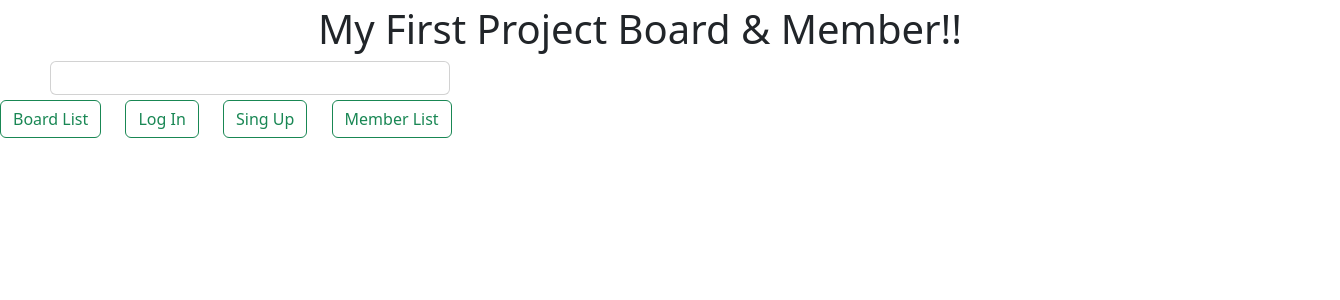
Repository: Raneechoi/java2022_09_03
Page: http://localhost/Project/mem/login_auth
The author's editor kept a copy of each file at every save. The page is drawn from the files as they stood at one save, then again after the next save.
The browser window is 1280 px wide. The page is 1340 px wide, then 1320 px, so the pictures cover 1340 px, including what lies to the right of the window. The pictures show the whole page.
The page is served by Tomcat 9. Other server files are loaded and not shown. Queries for data that is not in the repository find no rows.

Above is the page before, as saved 2022-12-08 06:06:12.

### JSP_Board&Member/Project/src/main/webapp/index.jsp
<%@ page language="java" contentType="text/html; charset=UTF-8"
    pageEncoding="UTF-8"%>
<%@ taglib uri="http://java.sun.com/jsp/jstl/core" prefix="c" %>
<!DOCTYPE html>
<html>
<head>
<meta charset="UTF-8">
<title>Insert title here</title>
<!-- CSS only -->
<link href="https://cdn.jsdelivr.net/npm/bootstrap@5.2.2/dist/css/bootstrap.min.css" rel="stylesheet" integrity="sha384-Zenh87qX5JnK2Jl0vWa8Ck2rdkQ2Bzep5IDxbcnCeuOxjzrPF/et3URy9Bv1WTRi" crossorigin="anonymous">
<!-- JavaScript Bundle with Popper -->
<script src="https://cdn.jsdelivr.net/npm/bootstrap@5.2.2/dist/js/bootstrap.bundle.min.js" integrity="sha384-OERcA2EqjJCMA+/3y+gxIOqMEjwtxJY7qPCqsdltbNJuaOe923+mo//f6V8Qbsw3" crossorigin="anonymous"></script>
</head>
<body>
<div style="margin-top: 5px">
	<h1 style="text-align: center;">My First Project Board & Member!!</h1>
</div>

<div class="card" style="width: 400px; display:inline-flex; margin-left:50px; margin-right: 890px">
	 <div class="card-body">
		<c:if test="${ses.email ne null && ses.email ne '' }">
			${ses.email } login 하였습니다. <br>
			계정생성일 : ${ses.reg_at } <br>
			마지막 접속 : ${ses.last_login } <br>
			<a href="/mem/modify?email=${ses.email }"><button type="button" class="btn btn-success" style="margin-top: 20px">회원정보 수정</button></a>
			<a href="/mem/logout?email=${ses.email }"><button type="button" class="btn btn-secondary" style="margin-top: 20px">로그아웃</button></a><br>
		</c:if>

		<c:if test="${ses.email ne null && ses.email ne '' }">
			<a href="/bor/register" ><button class="btn btn-success" style="margin-top: 20px">Board Register</button></a>
			<a href="/bor/list"><button class="btn btn-success" style="margin-top: 20px">My Board List</button></a><br>
		</c:if>
	</div>
</div>

<div style="width: 600px; display: inline-block; ">
		<a href="/bor/pageList" style="margin-right: 20px"><button class="btn btn-outline-success">Board List</button></a>
		<a href="/mem/login" style="margin-right: 20px"><button class="btn btn-outline-success">Log In</button></a>
		<a href="/mem/join" style="margin-right: 20px"><button class="btn btn-outline-success">Sing Up</button></a>
		<a href="/mem/list" style="margin-right: 20px"><button class="btn btn-outline-success">Member List</button></a>
</div>

<div >
	<c:if test="${ses.email ne null && ses.email ne '' }">
		<a href="/mem/remove?email=${ses.email }"><button class="btn btn-outline-secondary">회원탈퇴</button></a>
	</c:if>
</div>
</body>
</html>

### JSP_Board&Member/Project/src/main/java/controller/MemberController.java
package controller;

import java.io.IOException;
import java.util.List;

import javax.servlet.RequestDispatcher;
import javax.servlet.ServletException;
import javax.servlet.annotation.WebServlet;
import javax.servlet.http.HttpServlet;
import javax.servlet.http.HttpServletRequest;
import javax.servlet.http.HttpServletResponse;
import javax.servlet.http.HttpSession;

import org.slf4j.Logger;
import org.slf4j.LoggerFactory;

import domain.MemberVO;
import service.MemberService;
import service.MemberServiceImpl;


@WebServlet("/mem/*")
public class MemberController extends HttpServlet {
	private static final long serialVersionUID = 1L;
	private static final Logger log = LoggerFactory.getLogger(MemberController.class);
    private RequestDispatcher rdp;
    private String destPage; //목적지 주소 기록 변수
    private int isOK;

    private MemberService msv; // interface로 생성 - service패키지에

    public MemberController() {
    	msv = new MemberServiceImpl();
    }

	protected void service(HttpServletRequest req, HttpServletResponse res) throws ServletException, IOException {
		req.setCharacterEncoding("utf-8");
		res.setCharacterEncoding("utf-8");
		res.setContentType("text/html; charset=utf-8");

		String uri = req.getRequestURI();
		String path = uri.substring(uri.lastIndexOf("/")+1);

		log.info(">>> URI > "+uri);
		log.info(">>> Path > "+path);
		switch (path) {
		case "login":
			destPage = "/member/login.jsp";
			break;

		case "login_auth":
			try {
				MemberVO mvo = msv.login(
						new MemberVO(
								req.getParameter("email"),
								req.getParameter("pwd")
								));
				log.info("login 객체 input");
				if(mvo != null) {
					//세션 가져오기. 연결된 세션이 없다면 새로 생성
					HttpSession ses = req.getSession();
					//ses로 mvo를 바인딩
					ses.setAttribute("ses", mvo);
					ses.setMaxInactiveInterval(10*60);  // 로그인 유지시간(10분)
				}else {
					req.setAttribute("msg_login", 0);
				}
				destPage="/";

			} catch (Exception e) {
				// TODO: handle exception
				e.printStackTrace();
			}
			break;

		case "join":
			try {
				destPage = "/member/join.jsp";
			} catch (Exception e) {
				e.printStackTrace();
			}
			break;

		case "register":
			isOK = msv.register(new MemberVO(
					req.getParameter("email"),
					req.getParameter("pwd"),
					req.getParameter("nick_name")
					));
			log.info(">>> join > "+(isOK > 0 ?"ok" :"fail"));
			destPage="login";
			break;

		case "logout":
			// 연결된 세션이 있다면 해당 세션을 가져오기
			try {
				HttpSession ses = req.getSession();
				ses.invalidate();  // 세션 끊기
				// 로그인된 email을 주고 로그인 시간 update
				isOK = msv.lastLogin(req.getParameter("email"));
				log.info(">>> lastLogin > "+(isOK > 0 ?"ok" :"fail"));
				destPage="/index.jsp";
			} catch (Exception e) {
				e.printStackTrace();
			}
			break;

		case "list":
			try {
				List<MemberVO> list = msv.getlist();
				req.setAttribute("list", list);
				destPage="/member/list.jsp";
			} catch (Exception e) {
				e.printStackTrace();
			}
			break;

		case "modify":
			try {
				log.info("modify check 1");
				MemberVO mvo = msv.selectOne(req.getParameter("email"));
				req.setAttribute("mvo", mvo);

				log.info("modify check 2");
				destPage = "/member/update.jsp";
			} catch (Exception e) {
				e.printStackTrace();
			}
			break;

		case "update":
			try {
				MemberVO mvo = new MemberVO(req.getParameter("email"), req.getParameter("pwd"), req.getParameter("nick_name"));
				int isOk = msv.update(mvo);
				destPage = "/";
			} catch (Exception e) {
				e.printStackTrace();
			}
			break;

		case "remove":
			try {
				HttpSession ses = req.getSession();
				ses.invalidate();  // 세션 끊기
				// 로그인된 email을 주고 로그인 시간 update
				isOK = msv.remove(req.getParameter("email"));
				log.info(">>> remove > "+(isOK > 0 ?"ok" :"fail"));
				destPage="/";

			} catch (Exception e) {
				e.printStackTrace();
			}
			break;

		default:
			break;
		}
		// 목적지 주소 값 세팅
		rdp = req.getRequestDispatcher(destPage);
		// 정보 싣고 보내기
		rdp.forward(req, res);
	}

	protected void doGet(HttpServletRequest req, HttpServletResponse res) throws ServletException, IOException {
		service(req, res);
	}

	protected void doPost(HttpServletRequest req, HttpServletResponse res) throws ServletException, IOException {
		service(req, res);
	}
}

### JSP_Board&Member/Project/src/main/java/service/MemberServiceImpl.java
package service;

import java.util.List;

import org.slf4j.Logger;
import org.slf4j.LoggerFactory;

import controller.MemberController;
import domain.MemberVO;
import repository.MemberDAO;
import repository.MemberDAOImpl;

public class MemberServiceImpl implements MemberService {

	private MemberDAO mdao;
	private static final Logger log = LoggerFactory.getLogger(MemberController.class);

	public MemberServiceImpl() {
		mdao = new MemberDAOImpl();
	}

	@Override
	public MemberVO login(MemberVO mvo) {
		log.info("login check 2");
		return mdao.selectOne(mvo);
	}

	@Override
	public int register(MemberVO mvo) {
		log.info("register check 2");
		return mdao.insert(mvo);
	}

	@Override
	public int lastLogin(String email) {
		log.info("lastLogin check 2");
		return mdao.update(email);
	}

	@Override
	public List<MemberVO> getlist() {
		log.info("list check 2");
		return mdao.listall();
	}

	@Override
	public int modify(MemberVO mvo) {
		log.info("modify check 2");
		return mdao.update(mvo);
	}

	@Override
	public MemberVO selectOne(String email) {
		// TODO Auto-generated method stub
		return mdao.selectOne(email);
	}

	@Override
	public int update(MemberVO mvo) {
		// TODO Auto-generated method stub
		return mdao.update(mvo);
	}

	@Override
	public int remove(String email) {
		// TODO Auto-generated method stub
		return mdao.remove(email);
	}
}

### JSP_Board&Member/Project/src/main/java/repository/MemberDAO.java
package repository;

import java.util.List;

import domain.MemberVO;

public interface MemberDAO {

	MemberVO selectOne(MemberVO mvo);

	int insert(MemberVO mvo);

	int update(String email);

	List<MemberVO> listall();

	int update(MemberVO mvo);

	MemberVO selectOne(String email);

	int remove(String email);

}

### JSP_Board&Member/Project/src/main/java/repository/MemberDAOImpl.java
package repository;

import java.util.List;

import org.apache.ibatis.session.SqlSession;
import org.slf4j.Logger;
import org.slf4j.LoggerFactory;

import domain.MemberVO;
import orm.DatabaseBuilder;

public class MemberDAOImpl implements MemberDAO {

	private static final Logger log = LoggerFactory.getLogger(MemberDAOImpl.class);
	private SqlSession sql;
	private final String NS = "MemberMapper.";

	public MemberDAOImpl() {
		new DatabaseBuilder();
		sql = DatabaseBuilder.getFactory().openSession();
	}

	@Override
	public MemberVO selectOne(MemberVO mvo) {
		log.info("login check 3");
		return sql.selectOne(NS+"login",mvo);
	}

	@Override
	public int insert(MemberVO mvo) {
		log.info("join check 3");
		int isOK = sql.insert(NS+"reg",mvo);
		if(isOK > 0) {
			sql.commit();
		}
		return isOK;
	}

	@Override
	public int update(String email) {
		log.info("lastLogin check 3");
		int isOK = sql.update(NS+"last", email);
		if(isOK > 0) sql.commit();
		return isOK;
	}

	@Override
	public List<MemberVO> listall() {
		log.info("list check 3");
		return sql.selectList(NS+"list");
	}

	@Override
	public int update(MemberVO mvo) {
		log.info("modify check 3");
		int isOK = sql.update(NS+"modify",mvo);
		if(isOK > 0) sql.commit();
		return isOK;
	}

	@Override
	public MemberVO selectOne(String email) {
		// TODO Auto-generated method stub
		return sql.selectOne(NS+"getOne", email);
	}

	@Override
	public int remove(String email) {
		// TODO Auto-generated method stub
		int isOK = sql.delete(NS+"remove",email);
		if(isOK > 0) sql.commit();
		return isOK;
	}

}

### JSP_Board&Member/Project/src/main/java/orm/DatabaseBuilder.java
package orm;

import org.apache.ibatis.io.Resources;
import org.apache.ibatis.session.SqlSessionFactory;
import org.apache.ibatis.session.SqlSessionFactoryBuilder;

public class DatabaseBuilder {

	private static SqlSessionFactory factory;

	static {
		try {
			factory = new SqlSessionFactoryBuilder()
					.build(Resources.getResourceAsReader("orm/MybatisConfig.xml"));
		} catch (Exception e) {
			e.printStackTrace();
		}
	}

	public static SqlSessionFactory getFactory() {
		return factory;
	}

}

### JSP_Board&Member/Project/src/main/java/domain/MemberVO.java
package domain;

public class MemberVO {

	private String email;
	private String pwd;
	private String nick_name;
	private String reg_at;
	private String last_login;

	public MemberVO() {}

	//login : email, pwd
	public  MemberVO(String email, String pwd) {
		this.email = email;
		this.pwd = pwd;
	}

	// join,modify : email, pwd, nick_name
	public MemberVO(String email, String pwd, String nick_name) {
		this.email = email;
		this.pwd = pwd;
		this.nick_name = nick_name;
	}

	// list : all
	public MemberVO(String email, String pwd, String nick_name, String reg_at, String last_login) {
		this.email = email;
		this.pwd = pwd;
		this.nick_name = nick_name;
		this.reg_at = reg_at;
		this.reg_at = last_login;
	}

	public String getEmail() {
		return email;
	}

	public void setEmail(String email) {
		this.email = email;
	}

	public String getPwd() {
		return pwd;
	}

	public void setPwd(String pwd) {
		this.pwd = pwd;
	}

	public String getNick_name() {
		return nick_name;
	}

	public void setNick_name(String nick_name) {
		this.nick_name = nick_name;
	}

	public String getReg_at() {
		return reg_at;
	}

	public void setReg_at(String reg_at) {
		this.reg_at = reg_at;
	}

	public String getLast_login() {
		return last_login;
	}

	public void setLast_login(String last_login) {
		this.last_login = last_login;
	}

}

### JSP_Board&Member/Project/src/main/java/domain/BoardVO.java
package domain;

public class BoardVO {

	private int bno;
	private String title;
	private String writer;
	private String content;
	private String reg_date;
	private int read_count;
	private String image_file;

	public BoardVO() {}

	// insert(title, writer, content)
	public BoardVO(String title, String writer, String content) {
		this.title = title;
		this.writer = writer;
		this.content = content;
	}

	// list(bno, title, writer, reg_date, read_count)
	public BoardVO(int bno, String title, String writer, String reg_date, int read_count) {
		this.bno = bno;
		this.title = title;
		this.writer = writer;
		this.reg_date = reg_date;
		this.read_count = read_count;
	}

	// detail (all)
	public BoardVO(int bno, String title, String writer, String content, String reg_date, int read_count, String image_file) {
		this.bno = bno;
		this.title = title;
		this.writer = writer;
		this.content = content;
		this.reg_date = reg_date;
		this.read_count = read_count;
		this.image_file = image_file;
	}

	// update(bno, title, content)
	public BoardVO(int bno, String title, String content) {
		this.bno = bno;
		this.title = title;
		this.content = content;
	}

	//(bno, read_count)
	public BoardVO(int bno, int read_count) {
		this.bno = bno;
		this.read_count = read_count;
	}

	public int getBno() {
		return bno;
	}

	public void setBno(int bno) {
		this.bno = bno;
	}

	public String getTitle() {
		return title;
	}

	public void setTitle(String title) {
		this.title = title;
	}

	public String getWriter() {
		return writer;
	}

	public void setWriter(String writer) {
		this.writer = writer;
	}

	public String getContent() {
		return content;
	}

	public void setContent(String content) {
		this.content = content;
	}

	public String getReg_date() {
		return reg_date;
	}

	public void setReg_date(String reg_date) {
		this.reg_date = reg_date;
	}

	public int getRead_count() {
		return read_count;
	}

	public void setRead_count(int read_count) {
		this.read_count = read_count;
	}

	public String getImage_file() {
		return image_file;
	}

	public void setImage_file(String image_file) {
		this.image_file = image_file;
	}

}

### JSP_Board&Member/Project/src/main/java/domain/PagingVO.java
package domain;

public class PagingVO {

	private int pageNo;  // 현재 화면에 출력되는 페이지네이션 번호
	private int qty;     // 한 페이지당 보여줄 게시글 수

	public PagingVO() {  // 페이지네이션을 클릭하기 전 기본 리스트 출력 값
		this(1,10);
	}

	public PagingVO(int pageNo, int qty) {
		this.pageNo = pageNo;
		this.qty = qty;
	}

	public int getPageStart() {
		return (this.pageNo-1)*qty;   // 시작페이지 번호 구하기
	}

	public int getPageNo() {
		return pageNo;
	}

	public void setPageNo(int pageNo) {
		this.pageNo = pageNo;
	}

	public int getQty() {
		return qty;
	}

	public void setQty(int qty) {
		this.qty = qty;
	}


}

### JSP_Board&Member/Project/src/main/java/domain/CommentVO.java
package domain;

public class CommentVO {

	private int cno;
	private int bno;
	private String writer;
	private String content;
	private String reg_at;

	public CommentVO() { }

	// post(bno, writer, content)
	public CommentVO(int bno, String writer, String content) {
		this.bno = bno;
		this.writer = writer;
		this.content = content;
	}

	// modify
	public CommentVO(int cno, String content) {
		this.cno = cno;
		this.content = content;
	}

	// list(bno, cno, writer, content, reg_at)
	public CommentVO(int cno, int bno, String writer, String content, String reg_at) {
		this.cno = cno;
		this.bno = bno;
		this.writer = writer;
		this.content = content;
		this.reg_at = reg_at;
	}

	public int getCno() {
		return cno;
	}

	public void setCno(int cno) {
		this.cno = cno;
	}

	public int getBno() {
		return bno;
	}

	public void setBno(int bno) {
		this.bno = bno;
	}

	public String getWriter() {
		return writer;
	}

	public void setWriter(String writer) {
		this.writer = writer;
	}

	public String getContent() {
		return content;
	}

	public void setContent(String content) {
		this.content = content;
	}

	public String getReg_at() {
		return reg_at;
	}

	public void setReg_at(String reg_at) {
		this.reg_at = reg_at;
	}


}

After the next save:
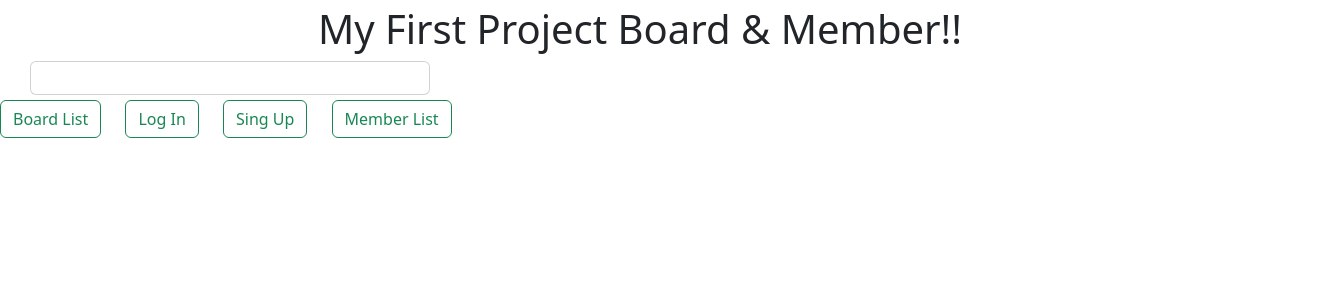
Saved 4 s later.
--- a/JSP_Board&Member/Project/src/main/webapp/index.jsp
+++ b/JSP_Board&Member/Project/src/main/webapp/index.jsp
@@ -16,7 +16,7 @@
 	<h1 style="text-align: center;">My First Project Board & Member!!</h1>
 </div>
 
-<div class="card" style="width: 400px; display:inline-flex; margin-left:50px; margin-right: 890px">
+<div class="card" style="width: 400px; display:inline-flex; margin-left:30px; margin-right: 890px">
 	 <div class="card-body">
 		<c:if test="${ses.email ne null && ses.email ne '' }">
 			${ses.email } login 하였습니다. <br>
